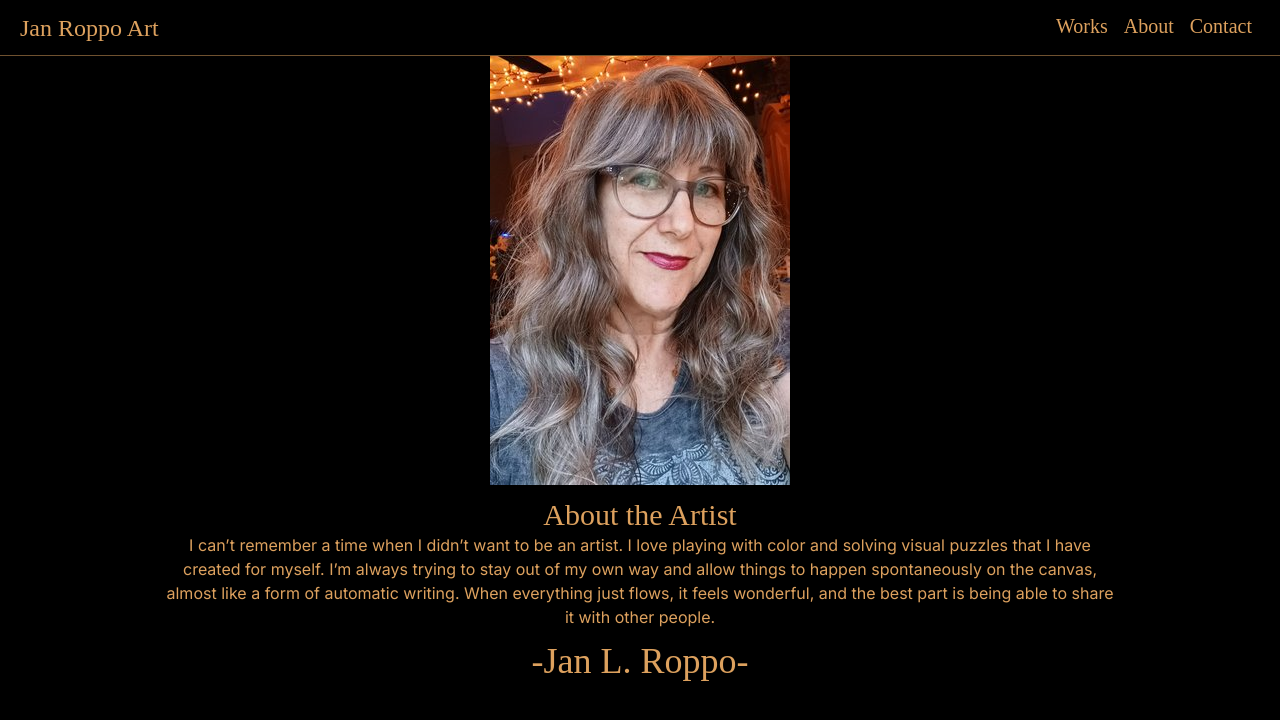
Repository: YanceMcFinn/JRArt
Page: /about
These files come from the project's save history. The page is drawn as it stood at one moment and after the next save; the edit follows.
The browser window is 1280 px wide. The pictures show the whole page.
The project was rebuilt for these pictures with package versions that can differ from the ones it lists, and the page was loaded fresh each time. The framework's server and built-in components were replaced by stand-ins that run in the browser. Also part of the build but not shown: next.config.js.

Above is the page before, as saved 2023-10-19 20:10:13.

After the next save:
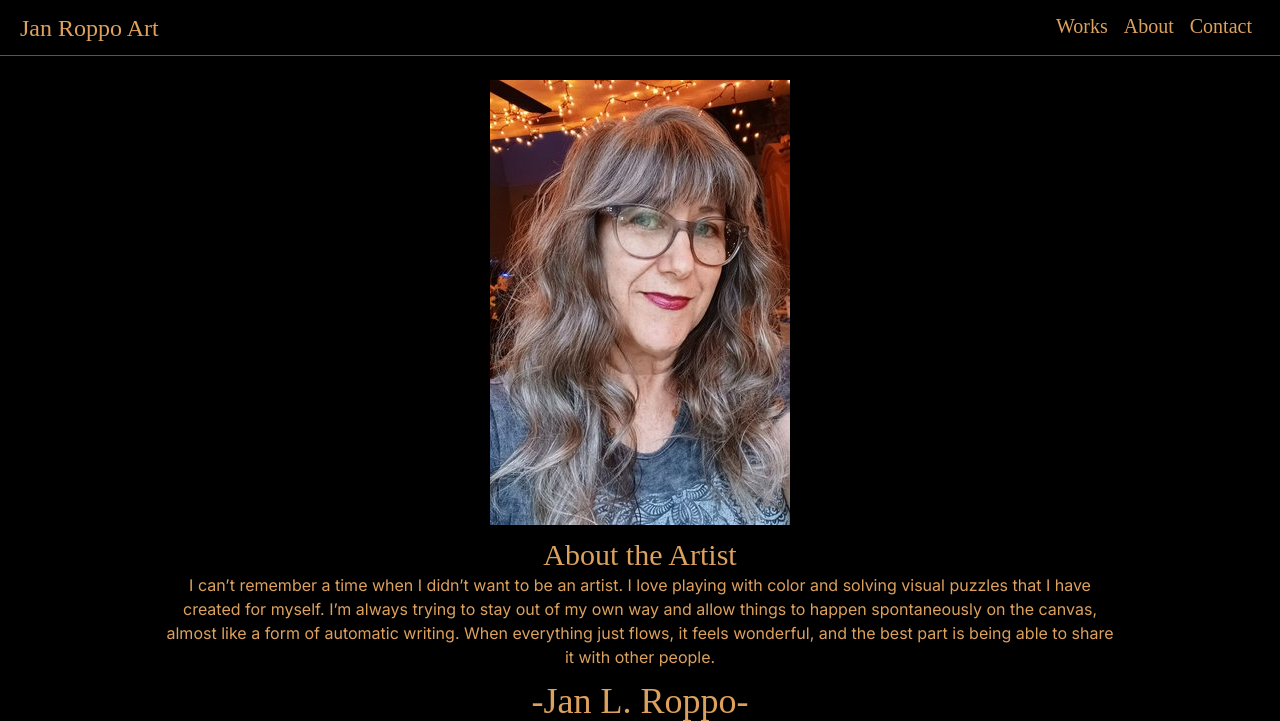
Saved 42 s later.
--- a/app/about/page.jsx
+++ b/app/about/page.jsx
@@ -6,7 +6,7 @@ import Image from 'next/image'
 export default function About() {
     const artistPhoto = require('../../public/static/img/me.jpg')
     return(
-        <div className='text-main-color text-center justify-content-center mt-10'>
+        <div className='text-main-color text-center justify-content-center mt-20'>
             <Image src={artistPhoto}
             className='mx-auto'
             width={300}
